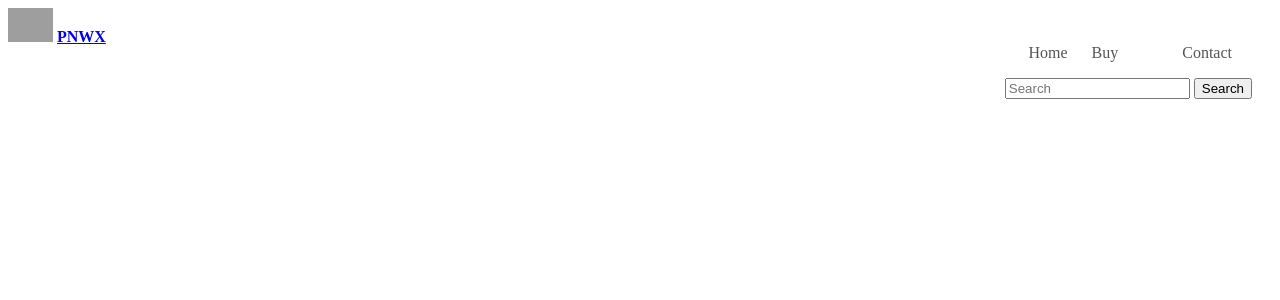
Repository: meiming24/meiming24.github.io
Page: index.html
The author's editor kept a copy of each file at every save. The page is drawn from the files as they stood at one save, then again after a run of saves.
The browser window is 1280 px wide. The pictures show the whole page.
Pictures or frames that could not be fetched are drawn as grey boxes.

Above is the page before, as saved 2022-05-09 17:03:04.

### index.html
<!DOCTYPE html>
<html lang="en">
<head>
    <meta charset="UTF-8">
    <meta http-equiv="X-UA-Compatible" content="IE=edge">
    <meta name="viewport" content="width=device-width, initial-scale=1.0">
    <title>Pacific Northwest X-Ray</title>
    <link rel="stylesheet" href="index.css" />
</head>
<body>
    <div class="container">

        <div class="logo">
            <img src="https://i.postimg.cc/hG3zmBz9/xray.png" alt="logo">
            <a href="#">PNWX</a>

        </div>

        <div class="nav-bar">
            <nav>
                <ul>
                    <li>
                        <a href="#">Home</a>
                    </li>

                    <li>
                        <a href="#">Buy</a>
                    </li>

                    <li>
                        <ul>
                            <a href="#">Contact</a>

                        </ul>
                    </li>

                </ul>

                <form class="d-flex">
                    <input type="search" placeholder="Search"/>
                    <button type="submit">Search</button>
                </form>
            </nav>



        </div>



    </div>

    <div class="content">

        <div class="item">

        </div>

        <div class="item">

        </div>

        <div class="item">

        </div>

    </div>
</body>
</html>

### index.css
.container {
    display: flex;
    flex-flow: row wrap;
}

.container > * {
    padding: 0px;
    margin: 0PX;
    box-sizing: border-box;
}

.logo {
    flex: 15%;
    font-weight: 600;
    text-decoration: none;
}

.logo > img {
    width: 45px;
}

.nav-bar {
    display: flex;
    align-items: center;
    padding: 20px;
}

.nav-bar > nav {
    flex: 100%;
    text-align: right;
}

.nav-bar > nav ul {
    display: inline-block;
    list-style-type: none;
}

.nav-bar > nav ul li{
    display: inline-block;
    margin-right: 20px;
}

.nav-bar > nav ul li a{
    text-decoration: none;
    color: #555;
    border-bottom-style: none;
}

After the next 4 saves:
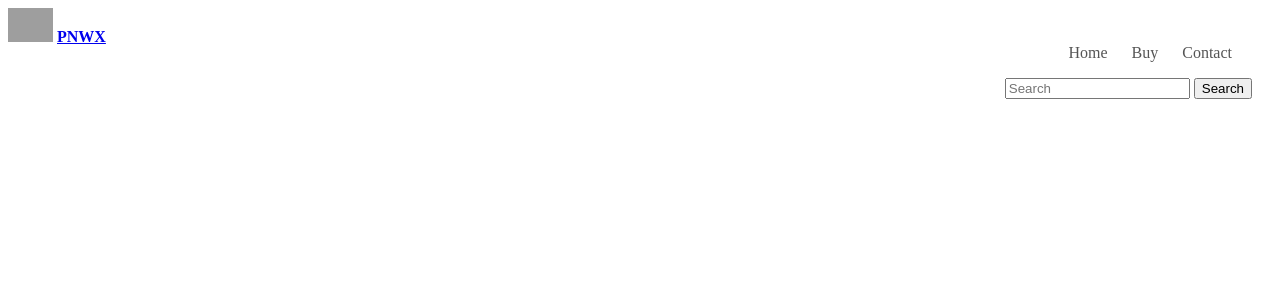
The 4 saves are shown as one change because they came seconds apart.
The last was saved 12 s later.
--- a/index.html
+++ b/index.html
@@ -28,10 +28,7 @@
                     </li>
 
                     <li>
-                        <ul>
-                            <a href="#">Contact</a>
-
-                        </ul>
+                        <a href="#">Contact</a>
                     </li>
 
                 </ul>
